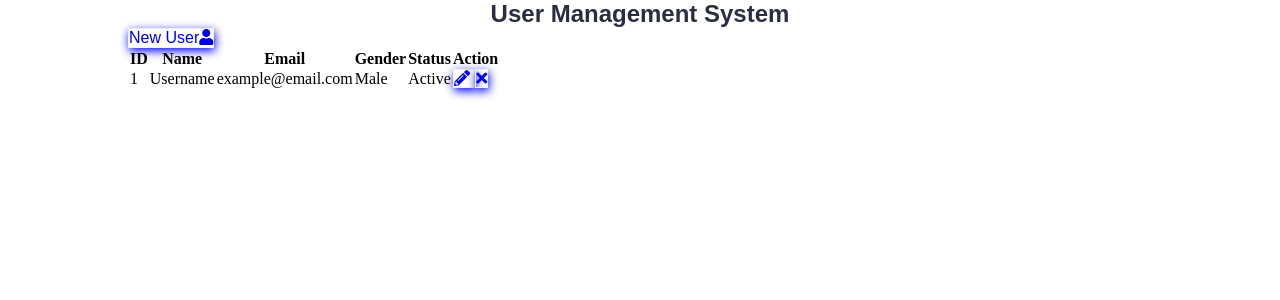
Repository: neeteshraj/CRUD
Page: views/index.html
The author's editor kept a copy of each file at every save. The page is drawn from the files as they stood at one save, then again after the next save.
The browser window is 1280 px wide. The pictures show the whole page.
Some web fonts or font styles are not loaded; a fallback is used.

Above is the page before, as saved 2021-01-08 18:59:54.

### views/index.html
<!DOCTYPE html>
<!--[if lt IE 7]>      <html class="no-js lt-ie9 lt-ie8 lt-ie7"> <![endif]-->
<!--[if IE 7]>         <html class="no-js lt-ie9 lt-ie8"> <![endif]-->
<!--[if IE 8]>         <html class="no-js lt-ie9"> <![endif]-->
<!--[if gt IE 8]>      <html class="no-js"> <![endif]-->
<html>

<head>
    <meta charset="utf-8">
    <meta http-equiv="X-UA-Compatible" content="IE=edge">
    <title>CRUD APPLICATION</title>
    <meta name="description" content="">
    <meta name="viewport" content="width=device-width, initial-scale=1">
    <link rel="stylesheet" href="../assets/css/style.css">
    <link rel="stylesheet" href="https://cdnjs.cloudflare.com/ajax/libs/font-awesome/5.15.1/css/all.min.css" integrity="sha512-+4zCK9k+qNFUR5X+cKL9EIR+ZOhtIloNl9GIKS57V1MyNsYpYcUrUeQc9vNfzsWfV28IaLL3i96P9sdNyeRssA==" crossorigin="anonymous" />
</head>

<body>
    <!--[if lt IE 7]>
            <p class="browsehappy">You are using an <strong>outdated</strong> browser. Please <a href="#">upgrade your browser</a> to improve your experience.</p>
        <![endif]-->

    <script src="" async defer></script>
    <!--header-->
    <header id="header">
        <nav>
            <div class="container">
                <div class="text-center">
                    <a href="/" class="nav-brand text-dark">User Management System</a>
                </div>
            </div>
        </nav>
    </header>
    <!--/header-->

    <!--main section-->
    <main id="site-main">
        <div class="container">
            <div class="box-nav d-flex justify-between">
                <a href="/add-user" class="border-shadow">
                    <span class="text-gradient">New User<i class="fas fa-user"></i></span>
                </a>
            </div>
            <!--form handling-->
            <form action="/" method="POST">
                <table class="table">
                    <thead class="thead-dark">
                        <tr>
                            <th>ID</th>
                            <th>Name</th>
                            <th>Email</th>
                            <th>Gender</th>
                            <th>Status</th>
                            <th>Action</th>
                        </tr>
                    </thead>
                    <tbody>
                        <tr>
                            <td>1</td>
                            <td>Username</td>
                            <td>example@email.com</td>
                            <td>Male</td>
                            <td>Active</td>
                            <td>
                                <a href="#" class="btn border-shadow update">
                                    <span class="text-gradient"><i class="fas fa-pencil-alt"></i></span>
                                </a>
                                <a href="#" class="btn border-shadow delete">
                                    <span class="text-gradient"><i class="fas fa-times"></i></span>
                                </a>
                            </td>

                        </tr>
                    </tbody>

                </table>
            </form>
            <!--form handling-->
        </div>
    </main>
    <!--/main section-->
</body>

</html>

### assets/css/style.css
@import url('https://fonts.googleapis.com/css2?family=Barlow&family=PT+Sans&display=swap');
:root {
    --dark: #2b2d42;
    --light: #adb5db;
    --border: #dee2e6;
    --border-btn: #edf2f4;
}

* {
    padding: 0;
    margin: 0;
    box-sizing: border-box;
}

a {
    text-decoration: none;
    font-family: 'PT Sans', sans-serif;
}

.container {
    max-width: 1024px;
    margin: auto;
}

.nav-brand {
    font-size: 1.5em;
    font-weight: bold;
}

.d-flex {
    display: flex;
    flexp-wrap: wrap;
}

.justify-between {
    justify-content: space-between;
}

.text-center {
    text-align: center;
}

.border-shadow {
    border: 1px solid var(--border-btn);
    box-shadow: 1px 3px 10px;
}

.text-dark {
    color: var(--dark);
}

.inline {
    display: inline-block;
}

.text-light {
    color: var(--light);
}

After the next save:
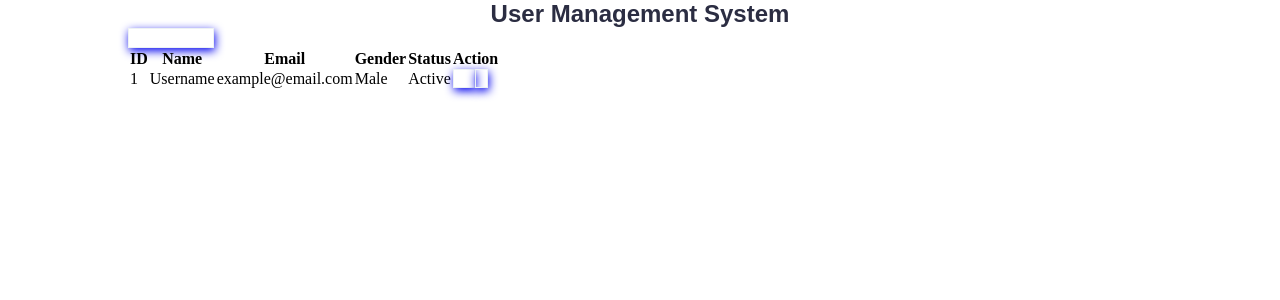
Saved 2 min 24 s later.
--- a/assets/css/style.css
+++ b/assets/css/style.css
@@ -56,3 +56,10 @@ a {
 .text-light {
     color: var(--light);
 }
+
+.text-gradient {
+    background: : linear-gradient(to right, #8e2de2, #4a00e0);
+    -webkit-background-clip: text;
+    background-clip: text;
+    -webkit-text-fill-color: transparent;
+}
